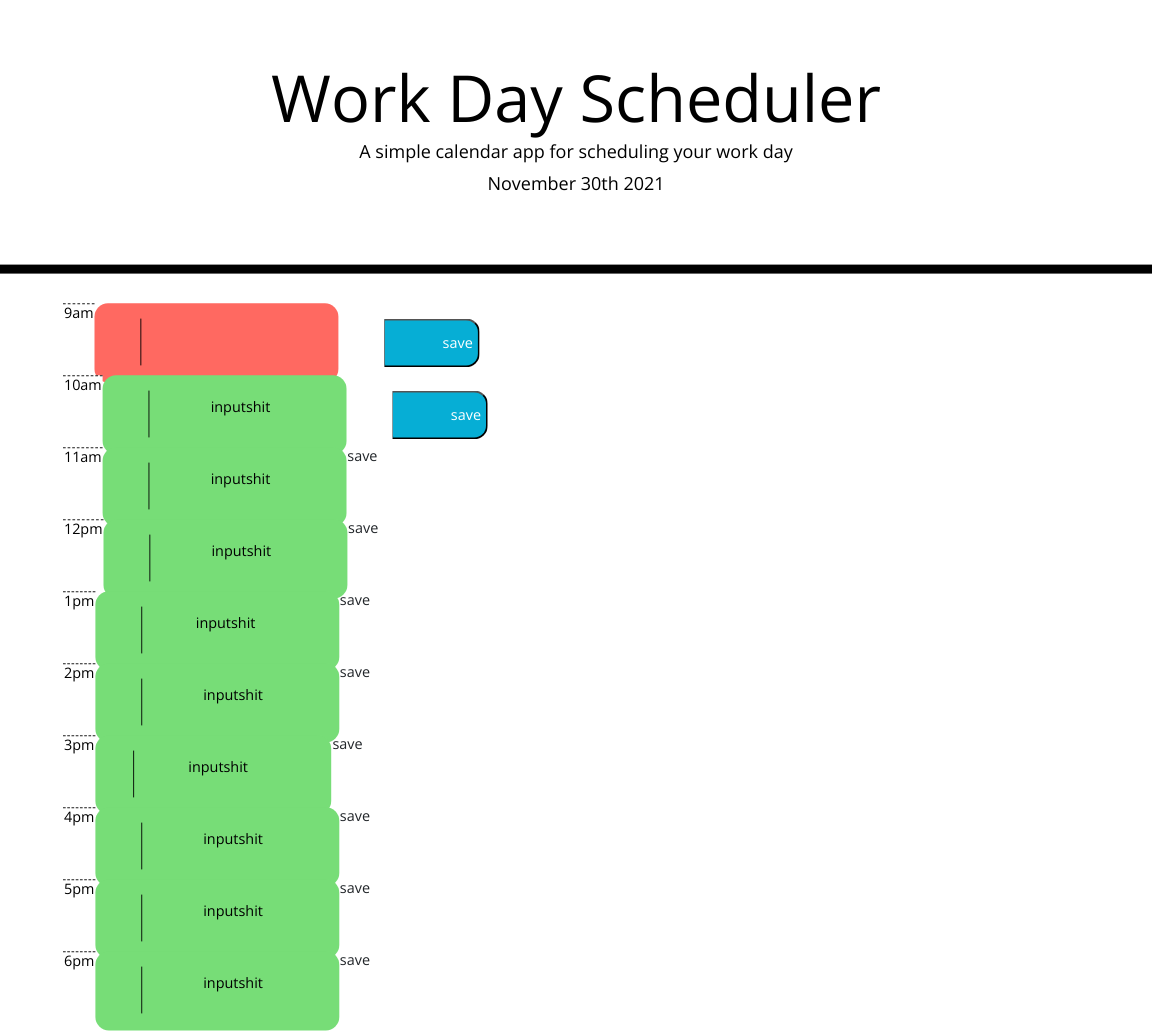
Repository: Naomilounsbury/work-day-scheduler
Page: index.html
These files come from the project's save history. The page is drawn as it stood at one moment and after the next save; the edit follows.
The browser window is 1280 px wide. The pictures show the whole page, at 90% of full size.
Some web libraries are served in a nearby version.

Above is the page before, as saved 2021-12-03 09:58:40.

### index.html
<!DOCTYPE html>
<html lang="en">
  <head>
    <meta charset="UTF-8" />
    <meta name="viewport" content="width=device-width, initial-scale=1.0" />
    <meta http-equiv="X-UA-Compatible" content="ie=edge" />
    <link
      rel="stylesheet"
      href="https://stackpath.bootstrapcdn.com/bootstrap/4.3.1/css/bootstrap.min.css"
    />
    <link
      rel="stylesheet"
      href="https://use.fontawesome.com/releases/v5.8.1/css/all.css"
      integrity="sha384-50oBUHEmvpQ+1lW4y57PTFmhCaXp0ML5d60M1M7uH2+nqUivzIebhndOJK28anvf"
      crossorigin="anonymous"
    />
    <link
      href="https://fonts.googleapis.com/css?family=Open+Sans&display=swap"
      rel="stylesheet"
    />
    <link rel="stylesheet" href="./assets/css/style.css" />
    <title>Work Day Scheduler</title>
  </head>

  <body>
    <header class="jumbotron">
      <h1 class="display-3">Work Day Scheduler</h1>
      <p class="lead">A simple calendar app for scheduling your work day</p>
      <p id="currentDay" class="lead"></p>
    </header>
    <div class="container">
      <!-- Timeblocks go here -->
      <table>
        <tr class="row">
          <td class="hour">9am</td>
          <td class="time-block" id="9">
            <textarea id="btn9" type="text">

          </textarea>
          </td>

          <td>
            <button class = "saveBtn" value="9" onclick=onSave(event)>
              save
            </button>
          </td>
        </tr>
        <tr class="row">
          <td class="hour">10am</td>
          <td class="time-block" id="10">
            <textarea id = "btn10">
              inputshit
            </textarea>
          </td>
          <td>
            <button class = "saveBtn" value="10">
              save
            </button>
          </td>
        </tr>
        <tr class="row">
          <td class="hour">11am</td>
          <td class="time-block" id="11">
            <textarea>
              inputshit
            </textarea>
          </td>
          <td>save</td>
        </tr>
        <tr class="row">
          <td class="hour">12pm</td>
          <td class="time-block" id="12">
            <textarea>
              inputshit
            </textarea>
          </td>
          <td>save</td>
        </tr>
        <tr class="row">
          <td class="hour">1pm</td>
          <td class="time-block" id="13">
            <textarea>
            inputshit</textarea>
          </td>
          <td>save</td>
        </tr>
        <tr class="row">
          <td class="hour">2pm</td>
          <td class="time-block" id="14">
            <textarea>
              inputshit
            </textarea>
          </td>
          <td>save</td>
        </tr>
        <tr class="row">
          <td class="hour">3pm</td>
          <td class="time-block" id="15">
          <textarea>
            inputshit
          </textarea>
          </td>
          <td>save</td>
        </tr>
        <tr class="row">
          <td class="hour">4pm</td>
          <td class="time-block" id="16">
            <textarea>
              inputshit
            </textarea>
          </td>
          <td>save</td>
        </tr>
        <tr class="row">
          <td class="hour">5pm</td>
          <td class="time-block" id="17">
            <textarea>
              inputshit
            </textarea>
          </td>
          <td>save</td>
        </tr>
        <tr class="row">
          <td class="hour">6pm</td>
          <td class="time-block" id="18">
            <textarea>
              inputshit
            </textarea>
          </td>
          <td>save</td>
        </tr>
      </table>
    </div>

    <script src="https://code.jquery.com/jquery-3.4.1.min.js"></script>
    <script src="https://cdnjs.cloudflare.com/ajax/libs/moment.js/2.24.0/moment.min.js"></script>
    <script src="assets/js/script.js"></script>
</body>
</html>

### assets/css/style.css
body {
  font-family: 'Open Sans', sans-serif;
  font-size: 16px;
  line-height: 1;
}

textarea{
  background: transparent;
  border: none;
  resize: none;
  color: #000000;
  border-left: 1px solid black;
  padding: 10px;
}

.jumbotron {
  text-align: center;
  background-color: transparent;
  color: black;
  border-radius: 0;
  border-bottom: 10px solid black;
}

.description{
  white-space: pre-wrap;
}

.time-block{
  text-align: center;
  border-radius: 15px;
}

.row {
  white-space: pre-wrap;
  height: 80px;
  border-top: 1px solid white;;
}

.hour {
  background-color: #ffffff;
  color: #000000;
  border-top: 1px dashed #000000;
}

.past {
  background-color: #d3d3d3;
  color: white;
}

.present {
  background-color: #ff6961;
  color: white;
}

.future {
  background-color: #77dd77;
  color: white;
}

.saveBtn {
  border-left: 1px solid black;
  border-top-right-radius: 15px;
  border-bottom-right-radius: 15px;
  background-color: #06AED5;
  color: white;
}

.saveBtn i:hover {
  font-size: 20px;
  transition: all .3s ease-in-out;
}

### assets/js/script.js
//using moment to get the current time
currentTime = moment();
//connected it to the current day spot in the html
currentDayEl = document.querySelector("#currentDay");
var displayDate = currentTime.format('MMMM Do YYYY');
//var saveBtns = document.querySelectorAll(".saveBtn");
//backticks are a way of adding dynamic things into a string when used with a dollar sign


currentDayEl.innerText = displayDate
//going to get my timeblock element
timeBlockEl = document.querySelectorAll(".time-block");
//made a function called checkTime to check the current time to compare with the time on the scheduler
var checkTime = function(currentEl){
    //will maybe hit a block because will use 24 hours as ids but if the current time that I chose from moment is 12 hours they wont match up
    var timeBlock = moment().hour(parseInt(currentEl.id))
    console.log(timeBlock)
    //if the block hour id is less than the current time hour we return the class name past
    if (timeBlock.hour() < currentTime.hour()){
        return "past"
    }
    if (timeBlock.hour() > currentTime.hour()){
        return "future"
    }
    if (timeBlock.hour()=== currentTime.hour()){
        return "present"
    }

    //if element is in the past return past
    //if element is in the future return future
    //if element is in the present return present
}
for(i=0; i<=timeBlockEl.length-1; i++){
    //timeblock elements already have the class timeblock. If we just replaced the class with future or present
    //it would erase the class, so we want to add to the class
    //check time returns the new class
    //this creates regular time-block class with past future or present added to it. like when it returns past = "time-block past"

    timeBlockEl[i].className = timeBlockEl[i].className + " " + checkTime(timeBlockEl[i])
console.log(checkTime(timeBlockEl[i]))
}
//we need a function to show us whats happening using the word on because it runs on an event
var onSave = function(event){
    console.log(event.target)
    //so I couldn't figure out why it wasn't pulling the value of the textarea
    //so we looked at w3schools and they said add a .value which honestly should have been intuitive
    //we are using backticks here hecause we want to dynamically change the id and if they click on 10, we want the id to reflect number 10
    //inside the ${} is code that will later be evaulated to a string depending on the button clicked
    console.log(document.querySelector(`#btn${event.target.value}`).value)
    if(document.querySelector(`#btn${event.target.value}`).value){
        //originally put event.target.id but then we realized we didn't have a id on the freaken button but
        //what we did have was a value so we did .value
        var timeBlockEvent = document.querySelector(`#btn${event.target.value}`).value
        localStorage.setItem(`${event.target.value}`, timeBlockEvent)

    }

}
document.querySelector(".saveBtn");

// saveData.addEventListener("click", function () {
//     var i = textarea.value
//     console.log()
//     var object = {
//         //key value pair, key being the name of the property within the object, the value being the actual data or content
//         hour: hour, text: text

//     }
    //pushing my scores onto my array
    // highScores.push(object)
    // //making my high scores object into a string
    // localStorage.setItem("highScores", JSON.stringify(highScores))

After the next save:
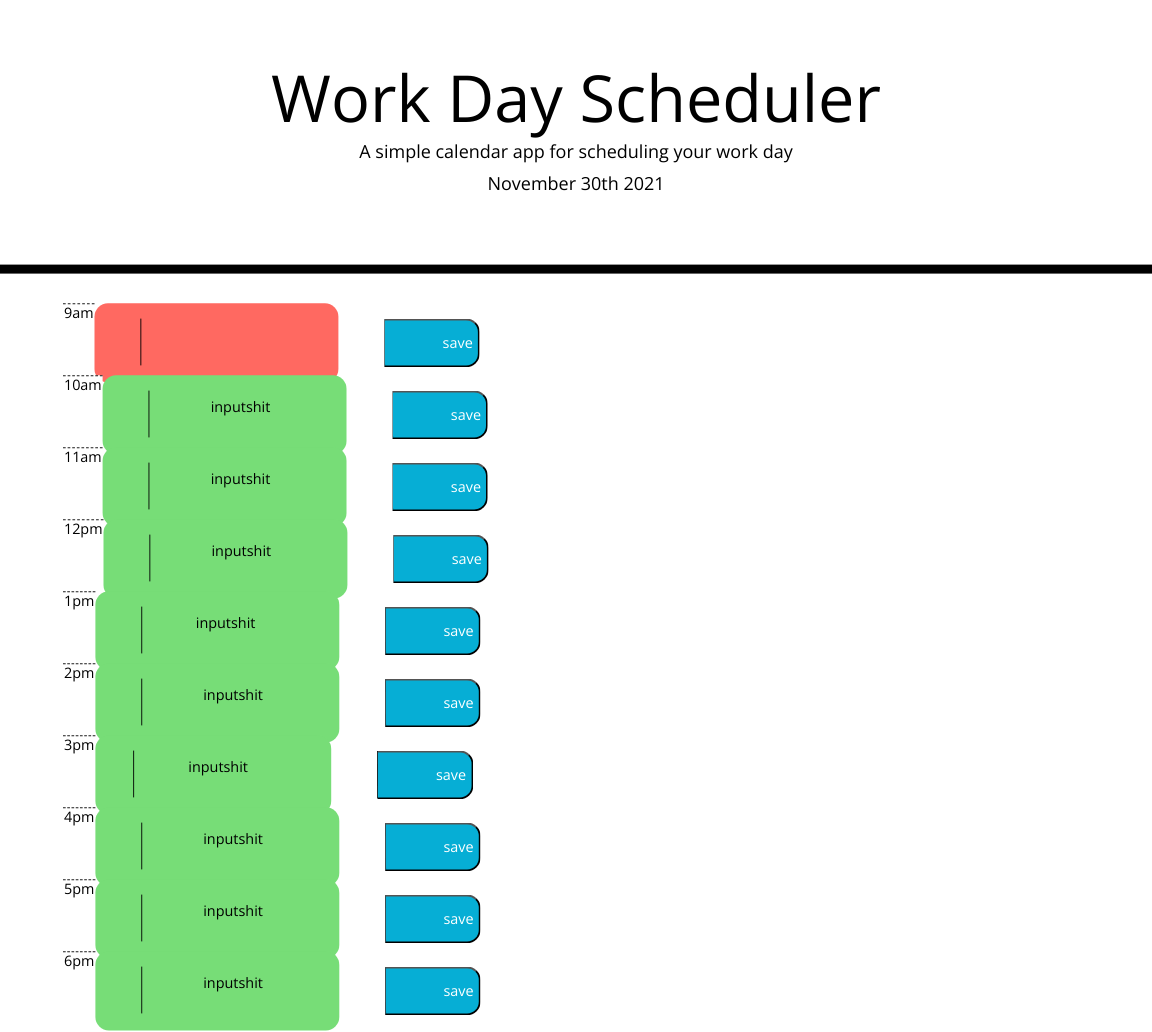
Saved 22 h 15 min later.
--- a/index.html
+++ b/index.html
@@ -53,7 +53,7 @@
             </textarea>
           </td>
           <td>
-            <button class = "saveBtn" value="10">
+            <button class = "saveBtn" value="10" onclick=onSave(event)>
               save
             </button>
           </td>
@@ -65,7 +65,11 @@
               inputshit
             </textarea>
           </td>
-          <td>save</td>
+          <td>
+            <button class = "saveBtn" value="11" onclick=onSave(event)>
+              save
+            </button>
+          </td>
         </tr>
         <tr class="row">
           <td class="hour">12pm</td>
@@ -74,7 +78,11 @@
               inputshit
             </textarea>
           </td>
-          <td>save</td>
+          <td>
+            <button class = "saveBtn" value="12" onclick=onSave(event)>
+              save
+            </button>
+          </td>
         </tr>
         <tr class="row">
           <td class="hour">1pm</td>
@@ -82,7 +90,11 @@
             <textarea>
             inputshit</textarea>
           </td>
-          <td>save</td>
+          <td>
+            <button class = "saveBtn" value="13" onclick=onSave(event)>
+              save
+            </button>
+          </td>
         </tr>
         <tr class="row">
           <td class="hour">2pm</td>
@@ -91,7 +103,11 @@
               inputshit
             </textarea>
           </td>
-          <td>save</td>
+          <td>
+            <button class = "saveBtn" value="14" onclick=onSave(event)>
+              save
+            </button>
+          </td>
         </tr>
         <tr class="row">
           <td class="hour">3pm</td>
@@ -100,7 +116,11 @@
             inputshit
           </textarea>
           </td>
-          <td>save</td>
+          <td>
+            <button class = "saveBtn" value="15" onclick=onSave(event)>
+              save
+            </button>
+          </td>
         </tr>
         <tr class="row">
           <td class="hour">4pm</td>
@@ -109,7 +129,11 @@
               inputshit
             </textarea>
           </td>
-          <td>save</td>
+          <td>
+            <button class = "saveBtn" value="16" onclick=onSave(event)>
+              save
+            </button>
+          </td>
         </tr>
         <tr class="row">
           <td class="hour">5pm</td>
@@ -118,7 +142,11 @@
               inputshit
             </textarea>
           </td>
-          <td>save</td>
+          <td>
+            <button class = "saveBtn" value="17" onclick=onSave(event)>
+              save
+            </button>
+          </td>
         </tr>
         <tr class="row">
           <td class="hour">6pm</td>
@@ -127,7 +155,11 @@
               inputshit
             </textarea>
           </td>
-          <td>save</td>
+          <td>
+            <button class = "saveBtn" value="18" onclick=onSave(event)>
+              save
+            </button>
+          </td>
         </tr>
       </table>
     </div>
